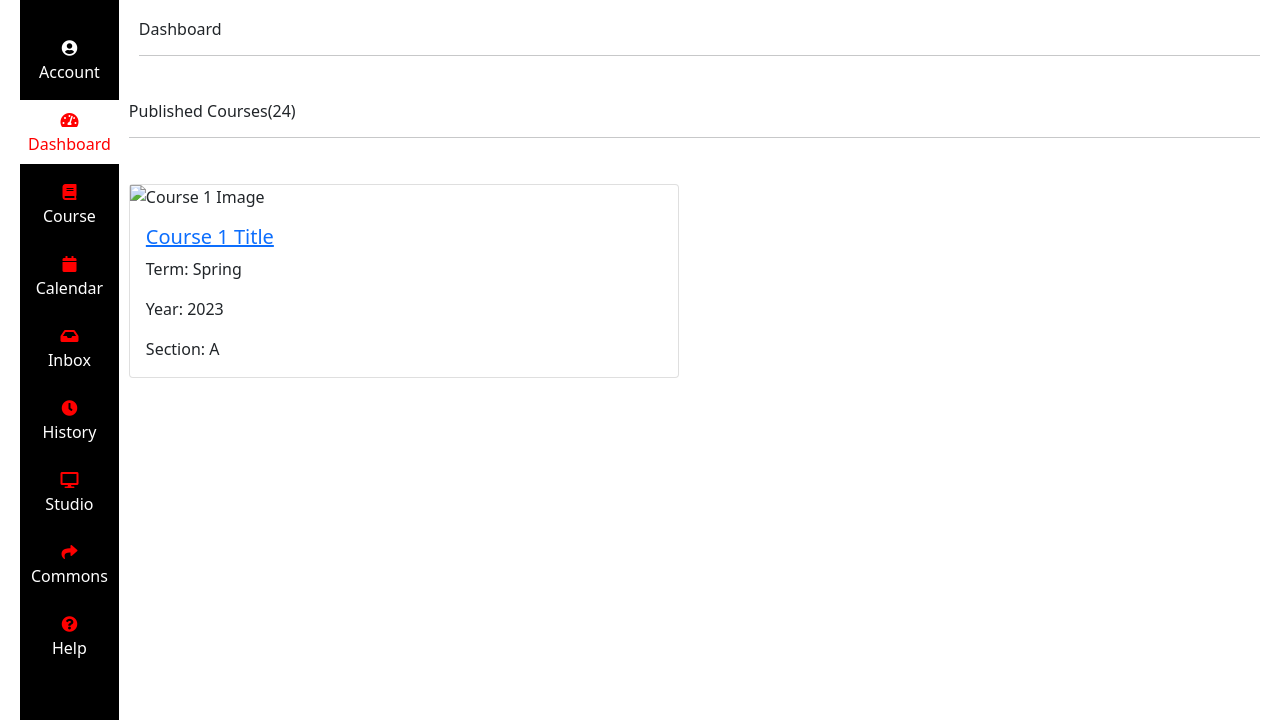
Repository: yuqiant/kanbas-react-web-app
Page: public/kanbas/dashboard/index.html
These files come from the project's save history. The page is drawn as it stood at one moment and after the next save; the edit follows.
The browser window is 1280 px wide. The pictures show the whole page.

Above is the page before, as saved 2023-10-04 17:49:50.
Not found: public/kanbas/dashboard/course1-image.jpg

### public/kanbas/dashboard/index.html
<!DOCTYPE html>
<html lang="en">

<head>
    <meta charset="UTF-8">
    <meta name="viewport" content="width=device-width, initial-scale=1.0">
    <title>Flexbox Layout</title>
    <link rel="stylesheet" href="../../vendors/fontawesome/css/all.min.css">
    <link rel="stylesheet" href="../../vendors/bootstrap/css/bootstrap.min.css" />
    <link href="index.css" rel="stylesheet" />

</head>

<body>
    <div class="flex-container">
        <div class="left-column">
            <ul>
                <li><i class="fa fa-user-circle fa-inverse"></i><a href="../account/account.html">Account</a> </li>
                <li class="active"><i class="fas fa-tachometer-alt"></i><a href="#" style="color: red;">Dashboard</a>
                </li>
                <li><i class="fas fa-book" style="color: red;"></i><a href="../coursecol.html">Course</a></li>
                <li><i class="fas fa-calendar" style="color: red;""></i><a href=" #">Calendar</a></li>
                <li><i class="fas fa-inbox" style="color: red;"></i><a href="#">Inbox</a></li>
                <li><i class="fas fa-clock" style="color: red;"></i><a href="#">History</a></li>
                <li><i class="fas fa-desktop" style="color: red;"></i><a href="#">Studio</a></li>
                <li><i class="fas fa-share" style="color: red;"></i><a href="#">Commons</a></li>
                <li><i class="fas fa-question-circle" style="color: red;"></i><a href="#">Help</a></li>
            </ul>
        </div>
        <div class="right-column">
            <div class="right-top">
                <h6>Dashboard</h6>
                <hr />
            </div>
            <div class="right-bottom">


                <div class="right-bottom-row">

                    <div class="right-bottom-item">
                        <h6>Published Courses(24)</h6>
                        <hr />
                    </div>

                </div>
                <div class="right-bottom-row">
                    <div class="right-bottom-item">
                        <div class="course-card card">
                            <img src="course1-image.jpg" alt="Course 1 Image">
                            <div class="card-body">
                                <h5 class="card-title"><a href="#">Course 1 Title</a></h5>
                                <p class="card-text">Term: Spring</p>
                                <p class="card-text">Year: 2023</p>
                                <p class="card-text">Section: A</p>
                            </div>
                        </div>
                    </div>
                    <div class="right-bottom-item">
                        <!-- 第四列内容 -->
                        <!-- 在这里放置第四列的内容 -->
                    </div>
                </div>
                <!-- 添加更多的行和列，根据需要 -->
            </div>
        </div>
    </div>
</body>

</html>

### public/kanbas/dashboard/index.css
.flex-container {
    display: flex;
    height: 100vh;
}


.left-column {
    /* flex: 1; */
    /* 占据可用空间的一部分 */
    /* padding: 20px; */
    width: 0 0 80px;
    /* Adjust sidebar width as needed (between 75 and 85 pixels) */
    background-color: black;
    color: white;
    text-align: center;
    padding-top: 20px;
    margin-left: 20px;
}

.left-column ul {
    list-style-type: none;
    padding: 0;
}

.left-column li {
    margin: 8px 0;
    /* Adjust margin between links as needed (between 5 and 10 pixels) */
    padding: 8px;
    /* Adjust padding around links as needed (between 5 and 10 pixels) */
}

.left-column li.active {
    color: red;
    background-color: white;


}



.left-column a {
    color: white;
    text-decoration: none;
    display: block;
}

.right-column {
    flex: 2;
    display: flex;
    flex-direction: column;
}

.right-top {

    padding: 20px;

}

.right-bottom {
    flex: 1;

    display: flex;
    flex-direction: column;
    /* 垂直方向排列 */
}

/* 每一行 */
.right-bottom-row {
    display: flex;
    /* 嵌套的 Flex 容器，用于水平排列 */
    margin-bottom: 10px;
    /* 行之间的垂直间距 */
}


.right-bottom-item {
    flex: 1;

    padding: 10px;
    margin-right: 10px;

}

Loaded but not shown: public/vendors/fontawesome/css/all.min.css (library); public/vendors/bootstrap/css/bootstrap.min.css (library)

After the next save:
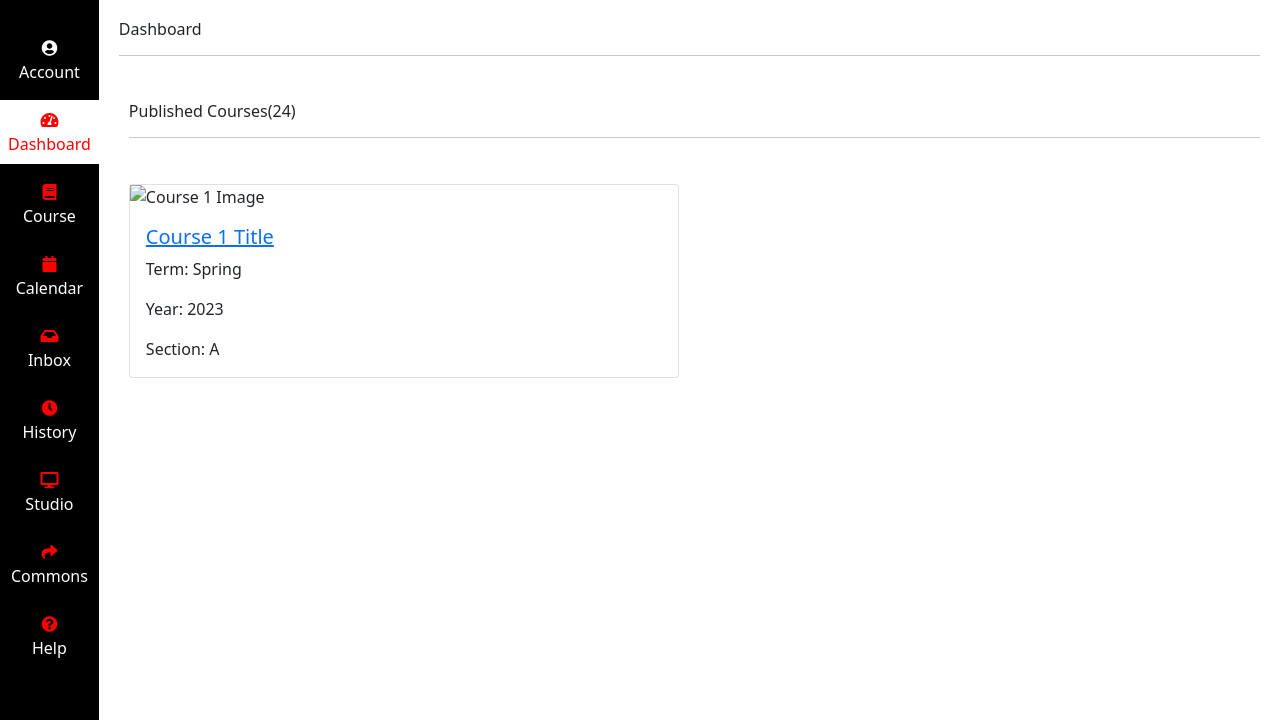
Saved 28 s later.
--- a/public/kanbas/dashboard/index.css
+++ b/public/kanbas/dashboard/index.css
@@ -14,7 +14,6 @@
     color: white;
     text-align: center;
     padding-top: 20px;
-    margin-left: 20px;
 }
 
 .left-column ul {
@@ -61,6 +60,7 @@
 
     display: flex;
     flex-direction: column;
+    margin-left: 20px;
     /* 垂直方向排列 */
 }
 
